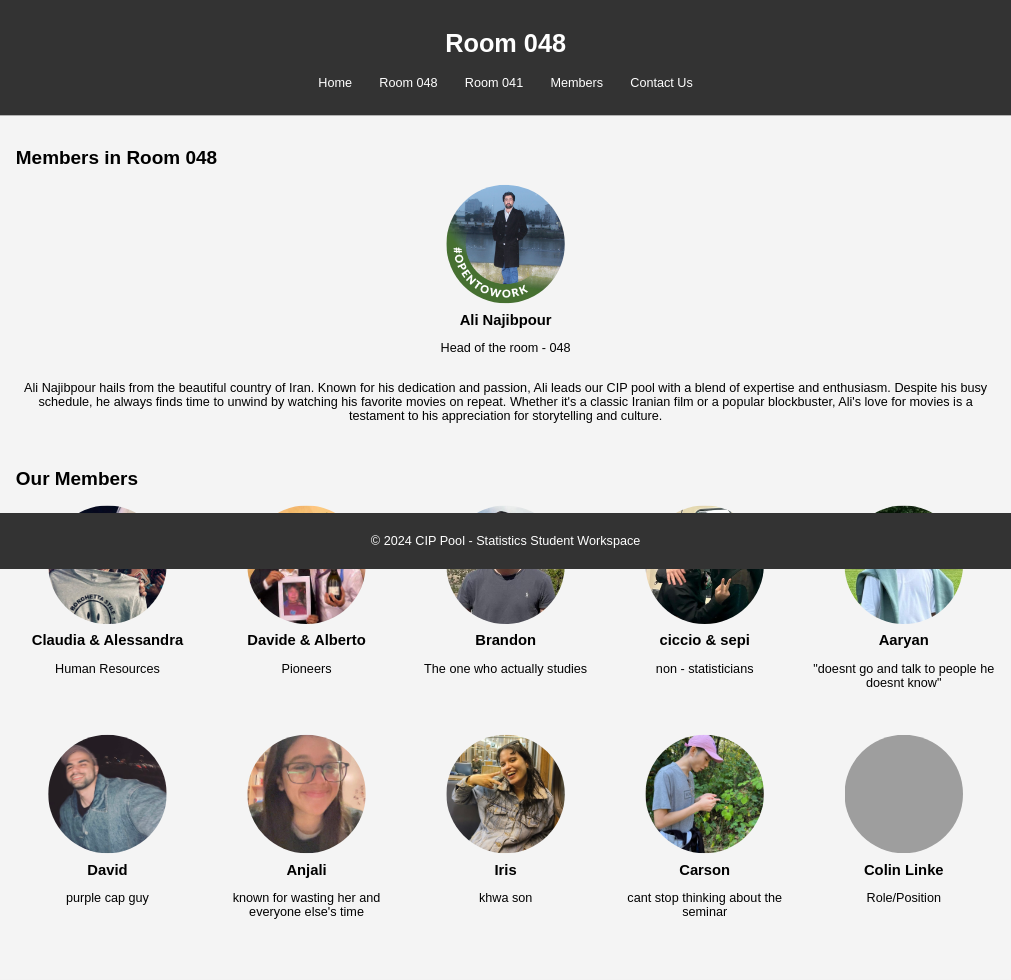
Repository: anjalisarawgi/cip_website
Page: room_048.html
The author's editor kept a copy of each file at every save. The page is drawn from the files as they stood at one save, then again after the next save.
The browser window is 1280 px wide. The pictures show the whole page, at 79% of full size.
Pictures or frames that could not be fetched are drawn as grey boxes.

Above is the page before, as saved 2024-06-14 14:16:59.

### room_048.html
<!DOCTYPE html>
<html lang="en">
<head>
    <meta charset="UTF-8">
    <meta name="viewport" content="width=device-width, initial-scale=1.0">
    <title>Room 048 - CIP Pool</title>
    <link rel="stylesheet" href="styles.css">
</head>
<body>
    <header>
        <h1>Room 048</h1>
        <nav>
            <ul>
                <li><a href="index.html">Home</a></li>
                <li><a href="room_048.html">Room 048</a></li>
                <li><a href="room_041.html">Room 041</a></li>
                <li><a href="members.html">Members</a></li>
                <li><a href="contact.html">Contact Us</a></li>
            </ul>
        </nav>
    </header>
    <main>
        <section>
            <h2>Members in Room 048</h2>
            <div class="members-grid">
                <div class="member">
                    <img src="images/ali.jpeg" alt="Ali Najibpour" class="member-photo">
                    <div class="member-info">
                        <h3>Ali Najibpour</h3>
                        <p>Head of the room - 048</p>
                        <p>Ali Najibpour hails from the beautiful country of Iran. Known for his dedication and passion, Ali leads our CIP pool with a blend of expertise and enthusiasm. Despite his busy schedule, he always finds time to unwind by watching his favorite movies on repeat. Whether it's a classic Iranian film or a popular blockbuster, Ali's love for movies is a testament to his appreciation for storytelling and culture.</p>
                    </div>
                </div>
            </div>
        </section>
        <section>
            <h2>Our Members</h2>
            <div class="members-grid">
                <div class="member">
                    <img src="images/claudia_alessandra.jpeg" alt="Claudia & Alessandra" class="member-photo">
                    <div class="member-info">
                        <h3>Claudia & Alessandra</h3>
                        <p>Human Resources</p>
                    </div>
                </div>
                <div class="member">
                    <img src="images/davide_alberto.jpeg" alt="Davide & Alberto" class="member-photo">
                    <div class="member-info">
                        <h3>Davide & Alberto</h3>
                        <p>Pioneers</p>
                    </div>
                </div>
                <div class="member">
                    <img src="images/brandon.jpeg" alt="Brandon" class="member-photo">
                    <div class="member-info">
                        <h3>Brandon</h3>
                        <p>The one who actually studies</p>
                    </div>
                </div>
                <div class="member">
                    <img src="images/francesco_giuseppe.jpeg" alt="Francesco & Giuseppe" class="member-photo">
                    <div class="member-info">
                        <h3>ciccio & sepi</h3>
                        <!-- <p><em>ciccio & sepi</em></p> -->
                        <p>non - statisticians </p>
                    </div>
                </div>
                <div class="member">
                    <img src="images/aaryan.jpg" alt="aaryan" class="member-photo">
                    <div class="member-info">
                        <h3>Aaryan</h3>
                        <p>"doesnt go and talk to people he doesnt know"</p>
                    </div>
                </div>
                <div class="member">
                    <img src="images/david.jpg" alt="david" class="member-photo">
                    <div class="member-info">
                        <h3>David</h3>
                        <p>purple cap guy</p>
                    </div>
                </div>
                <div class="member">
                    <img src="images/anjali.jpeg" alt="anjali" class="member-photo">
                    <div class="member-info">
                        <h3>Anjali</h3>
                        <p>known for wasting her and everyone else's time</p>
                    </div>
                </div>
                <div class="member">
                    <img src="images/iris.jpg" alt="iris" class="member-photo">
                    <div class="member-info">
                        <h3>Iris</h3>
                        <p>khwa son</p>
                    </div>
                </div>
                <div class="member">
                    <img src="images/carson.jpg" alt="carson" class="member-photo">
                    <div class="member-info">
                        <h3>Carson</h3>
                        <p>cant stop thinking about the seminar</p>
                    </div>
                </div>
                <div class="member">
                    <img src="images/member5.jpeg" alt="Member 5" class="member-photo">
                    <div class="member-info">
                        <h3>Colin Linke</h3>
                        <p>Role/Position</p>
                    </div>
                </div>
            </div>
        </section>
    </main>
    <footer>
        <p>&copy; 2024 CIP Pool - Statistics Student Workspace</p>
    </footer>
</body>
</html>

### styles.css
body {
    font-family: Arial, sans-serif;
    margin: 0;
    padding: 0;
    background-color: #f4f4f4;
}

header {
    background-color: #333;
    color: white;
    padding: 1em 0;
    text-align: center;
}

nav ul {
    list-style-type: none;
    padding: 0;
}

nav ul li {
    display: inline;
    margin: 0 15px;
}

nav ul li a {
    color: white;
    text-decoration: none;
}

main {
    padding: 20px;
}

footer {
    background-color: #333;
    color: white;
    text-align: center;
    padding: 10px 0;
    position: fixed;
    bottom: 0;
    width: 100%;
}

section {
    margin-bottom: 20px;
}

.member {
    display: flex;
    align-items: center;
    margin-bottom: 20px;
}

.member-photo {
    border-radius: 50%;
    width: 150px;
    height: 150px;
    object-fit: cover;
    margin-bottom: 10px;
}


.member-info {
    display: flex;
    flex-direction: column;
}

.member-info h3 {
    margin: 0;
}

.members-grid {
    display: grid;
    grid-template-columns: repeat(auto-fit, minmax(200px, 1fr));
    gap: 20px;
}

.members-grid .member {
    flex-direction: column;
    align-items: center;
    text-align: center;
}

.members-grid .member-photo {
    width: 150px;
    height: 150px;
    margin-bottom: 10px;
}

.members-grid .member-info {
    align-items: center;
}

After the next save:
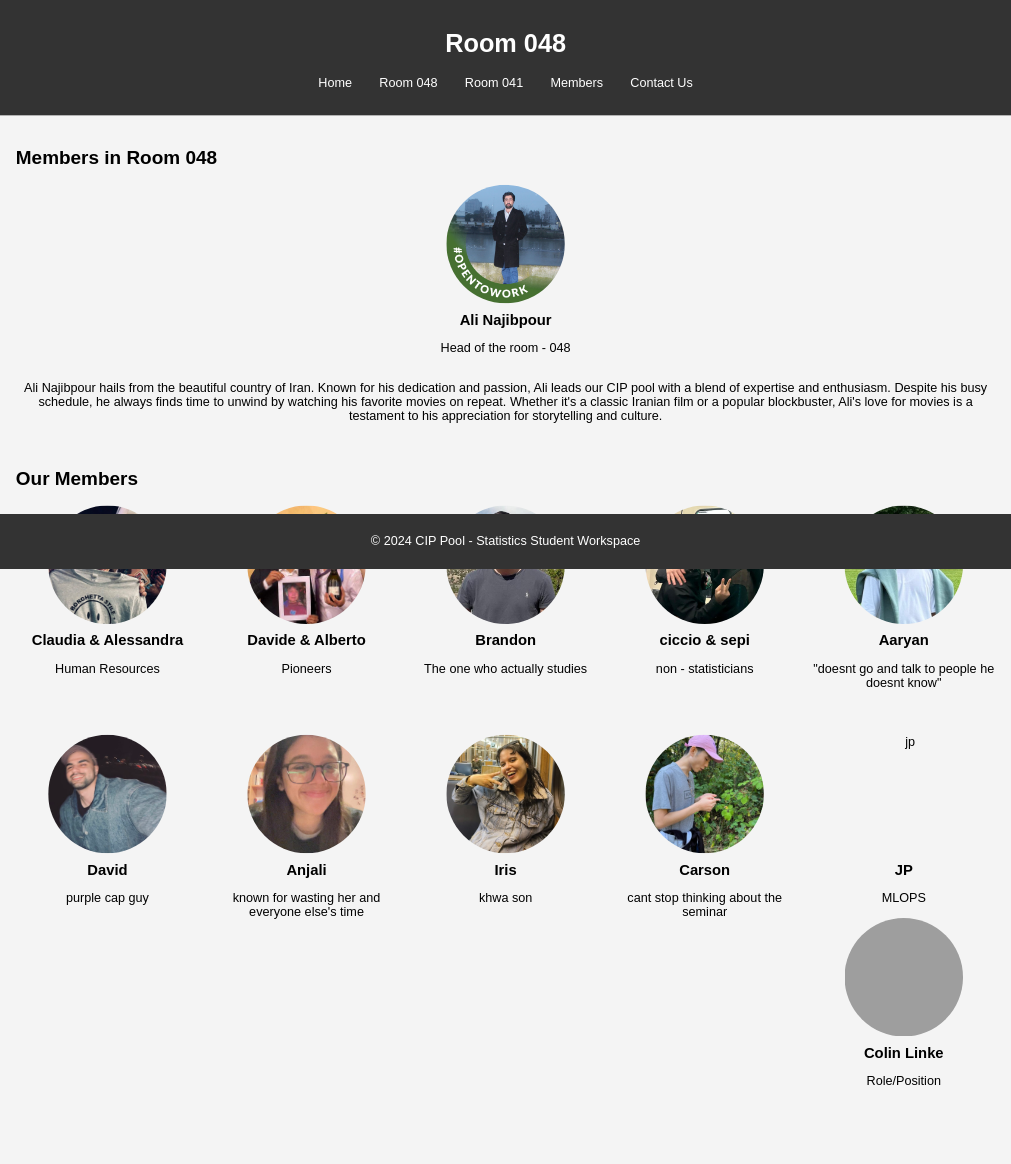
Not found: images/jp.jpeg
Saved 94 s later.
--- a/room_048.html
+++ b/room_048.html
@@ -101,6 +101,12 @@
                     </div>
                 </div>
                 <div class="member">
+                    <img src="images/jp.jpeg" alt="jp" class="member-photo">
+                    <div class="member-info">
+                        <h3>JP</h3>
+                        <p>MLOPS</p>
+                    </div>
+                <div class="member">
                     <img src="images/member5.jpeg" alt="Member 5" class="member-photo">
                     <div class="member-info">
                         <h3>Colin Linke</h3>

After the save that followed:
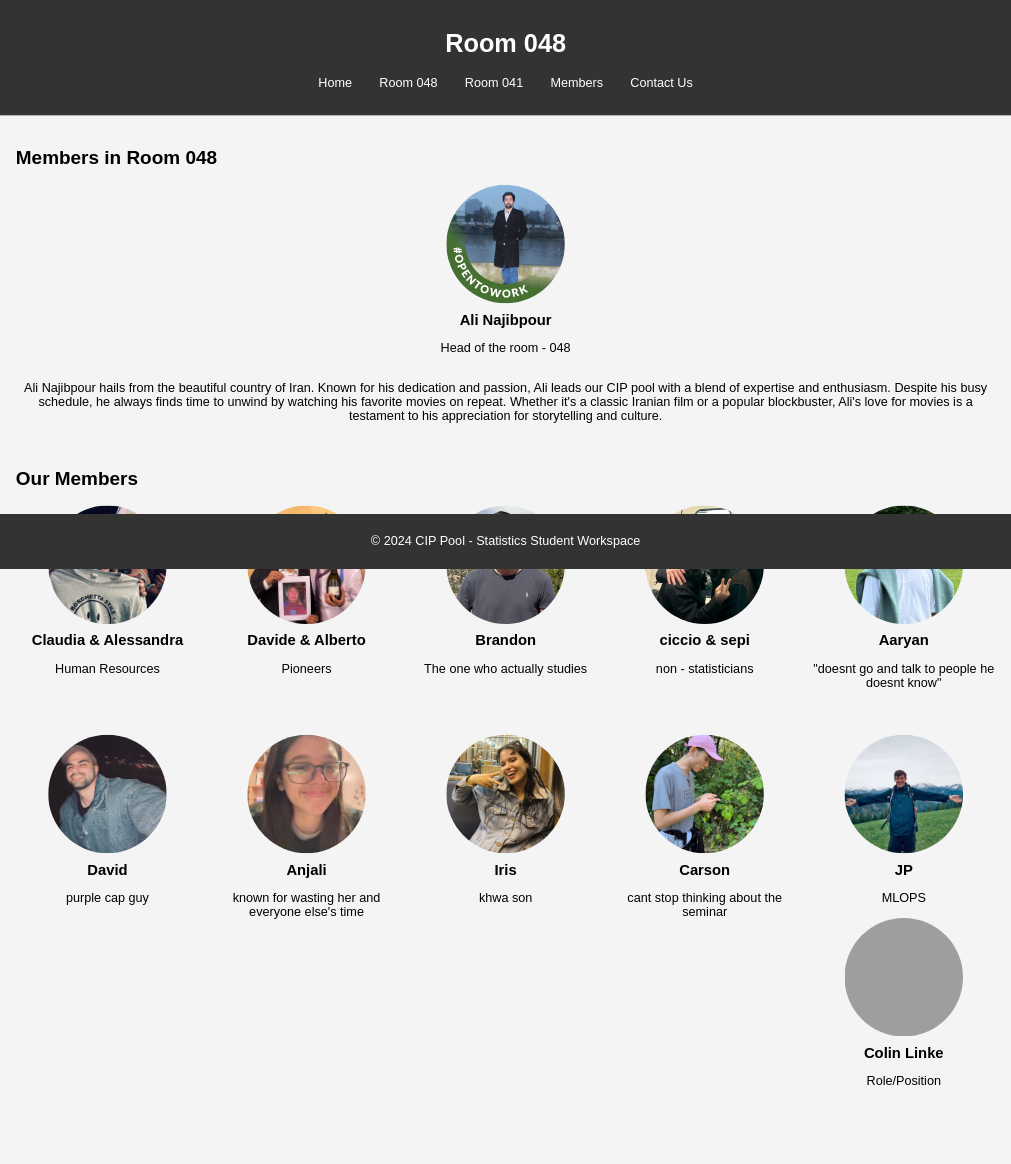
Saved 7 s later.
--- a/room_048.html
+++ b/room_048.html
@@ -101,7 +101,7 @@
                     </div>
                 </div>
                 <div class="member">
-                    <img src="images/jp.jpeg" alt="jp" class="member-photo">
+                    <img src="images/jp.jpg" alt="jp" class="member-photo">
                     <div class="member-info">
                         <h3>JP</h3>
                         <p>MLOPS</p>
